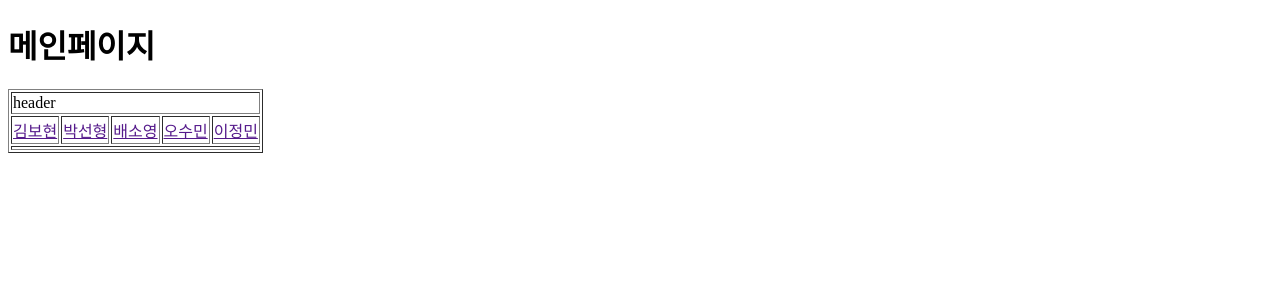
Repository: lastingrowth/teamPrj
Page: http://localhost/studyPrj/info.jsp
An editor plug-in stored every save of this project. The page is shown before and after the next save, followed by the edit.
The browser window is 1280 px wide. The pictures show the whole page.
The page is served by Tomcat 9.

Above is the page before, as saved 2026-05-01 09:59:02.

After the next save:
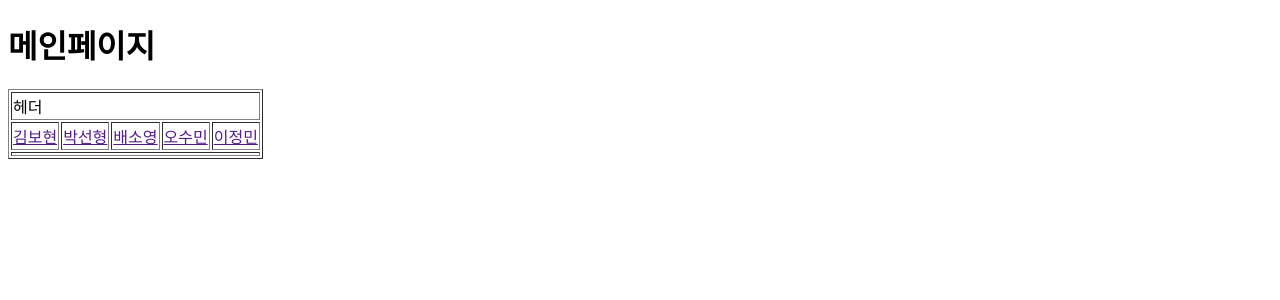
Saved 8 s later.
--- a/study_work/studyPrj/src/main/webapp/inc/header.jsp
+++ b/study_work/studyPrj/src/main/webapp/inc/header.jsp
@@ -1,3 +1,5 @@
 <%@ page language="java" contentType="text/html; charset=UTF-8"
     pageEncoding="UTF-8"%>
-header
+<header>
+	헤더
+</header>
